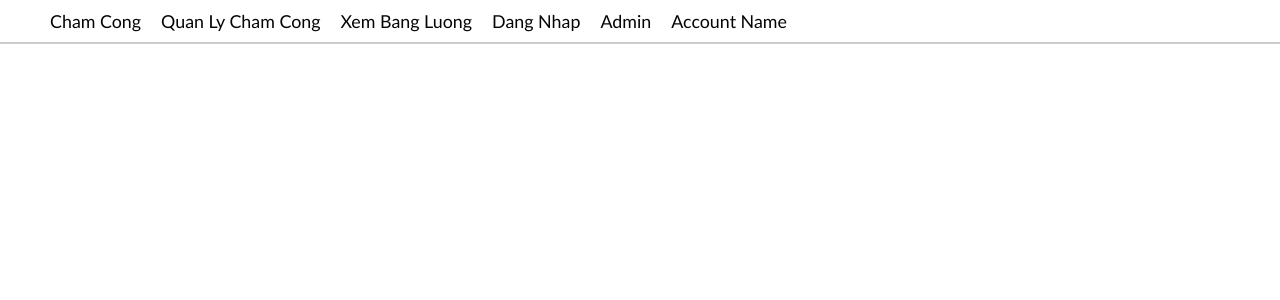
Repository: LDDUNG2003/a
Page: index.html
These files come from the project's save history. The page is drawn as it stood at one moment and after the next save; the edit follows.
The browser window is 1280 px wide. The pictures show the whole page.

Above is the page before, as saved 2023-10-13 23:57:53.

### index.html
<!DOCTYPE html>
<html lang="en">

<head>
    <meta charset="UTF-8">
    <meta name="viewport" content="width=device-width, initial-scale=1.0">
    <title>trang chu</title>
    <link rel="stylesheet" href="./controlView/css/base.css">
    <link rel="stylesheet" href="./controlView/css/index.css">
</head>

<body>
    <div class="main">
        <!-- start header -->
        <header class="app__header">
            <nav class="navBar">
                <ul class="navBar-list">
                    <li class="navBar--items"><a href="" class="navbar--link">Cham cong</a></li>
                    <li class="navBar--items"><a href="" class="navbar--link">Quan ly cham cong</a></li>
                    <li class="navBar--items">
                        <a href="" class="navbar--link">Xem bang luong</a></li>
                    <!-- login  -->
                    <li class="navBar--items">
                        <a href="" class="navbar--link">dang nhap</a></li>
                    <!-- admin menu -->
                    <li class="navBar--items">
                        admin
                        <ul class="account-list">
                            <li class="account--item"><a href="" class="navbar--link">admin</a></li>
                            <li class="account--item"><a href="" class="navbar--link">quan li nhan su</a></li>
                            <li class="account--item"><a href="" class="navbar--link">dang xuat</a></li>
                        </ul>
                    </li>
                    <!-- personnel menu -->
                    <li class="navBar--items">
                        account name
                        <ul class="account-list">
                            <li class="account--item"><a href="" class="navbar--link">cai dat tai khoan</a></li>
                            <li class="account--item"><a href="" class="navbar--link">dang ki ca lam</a></li>
                            <li class="account--item"><a href="" class="navbar--link">dang xuat</a></li>
                        </ul>
                    </li>
                </ul>
            </nav>
        </header>
        <!-- end header -->

        <!-- start content -->
        <div class="app__content">

        </div>
        <!-- end content -->
    </div>
</body>

</html>

### controlView/css/base.css
:root {
    --primary-color: #0066cc;
    --text-color: #040404;
}

* {
    padding: 0px;
    margin: 0px;
    font-family: 'Trebuchet MS', 'Lucida Sans Unicode', 'Lucida Grande', 'Lucida Sans', Arial, sans-serif;
}

html,
body {
    font-size: 0.62rem;
}

.main {}

.app__header {
    width: 100%;
    border-bottom: solid 2px #ccc;
    background-color: #fff;
}

.navBar {
    width: 100%;
    max-width: 1200px;
    margin: auto;
    cursor: pointer;
}

.navBar-list {
    display: flex;
    list-style: none;
}

.navBar--items {
    padding: 10px 10px;
    font-size: 1.8rem;
    position: relative;
    text-transform: capitalize;
    color: var(--text-color);
}

.navBar--items::after {
    content: '';
    padding-top: 5px;
    top: 80%;
    left: 10px;
    display: none;
    /* width: 0px; */
    background-color: var(--primary-color);
    position: absolute;
    width: 70px;
}

.navBar--items:hover .navBar--items::after {
    display: block;
}

.navbar--link {
    text-decoration: none;
    color: inherit;
}

.account-list {
    position: absolute;
    width: 150px;
    display: none;
    list-style: none;
    padding: 4px;
    color: var(--text-color);
    top: 100%;
    left: 0px;
    box-shadow: #414141;
    background-color: white;
}

.navBar--items:hover .account-list {
    display: block;
}

.account--item {
    padding: 5px 0px;
    border-bottom: solid 1px #ccc;
}

Loaded but not shown: controlView/css/index.css (no stored copy; drawn as an empty file)

After the next save:
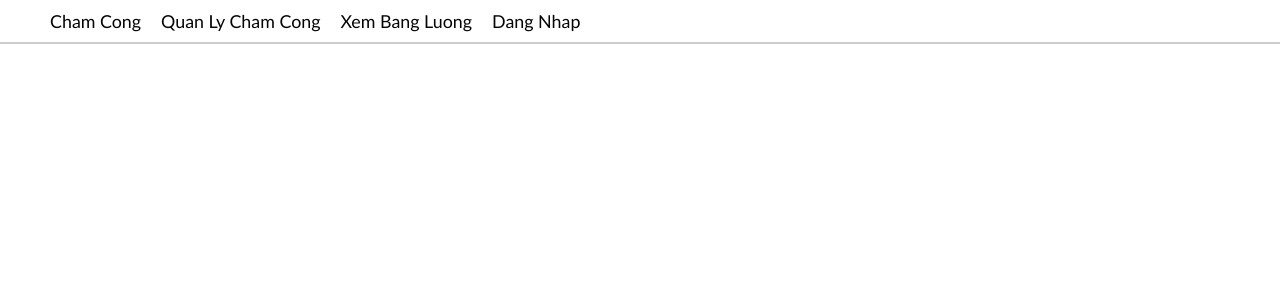
Saved 53 s later.
--- a/index.html
+++ b/index.html
@@ -23,23 +23,23 @@
                     <li class="navBar--items">
                         <a href="" class="navbar--link">dang nhap</a></li>
                     <!-- admin menu -->
-                    <li class="navBar--items">
+                    <!-- <li class="navBar--items">
                         admin
                         <ul class="account-list">
                             <li class="account--item"><a href="" class="navbar--link">admin</a></li>
                             <li class="account--item"><a href="" class="navbar--link">quan li nhan su</a></li>
                             <li class="account--item"><a href="" class="navbar--link">dang xuat</a></li>
                         </ul>
-                    </li>
+                    </li> -->
                     <!-- personnel menu -->
-                    <li class="navBar--items">
+                    <!-- <li class="navBar--items">
                         account name
                         <ul class="account-list">
                             <li class="account--item"><a href="" class="navbar--link">cai dat tai khoan</a></li>
                             <li class="account--item"><a href="" class="navbar--link">dang ki ca lam</a></li>
                             <li class="account--item"><a href="" class="navbar--link">dang xuat</a></li>
                         </ul>
-                    </li>
+                    </li> -->
                 </ul>
             </nav>
         </header>
